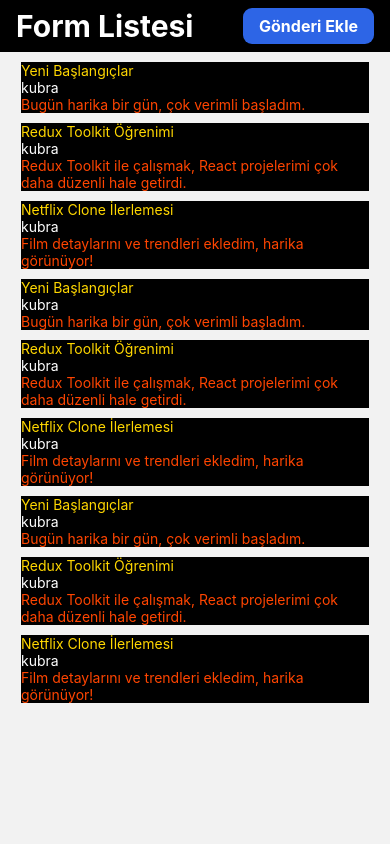
Repository: Kubraaygun/FirebaseRN
Screen: /
The author's editor kept a copy of each file at every save. The screen is drawn from the files as they stood at one save, then again after the next save.
The app was drawn by React Native's web renderer in a window 390 px wide. The project was rebuilt for these pictures with package versions that can differ from the ones it lists, and the page was loaded fresh each time. Requests to the local data server were answered from the project's data file. Also part of the build but not shown: src/screens/AddPost/AddPostView.jsx, src/screens/AddPost/AddPostController.jsx.

Above is the screen before, as saved 2025-01-20 20:33:53.

After the next save:
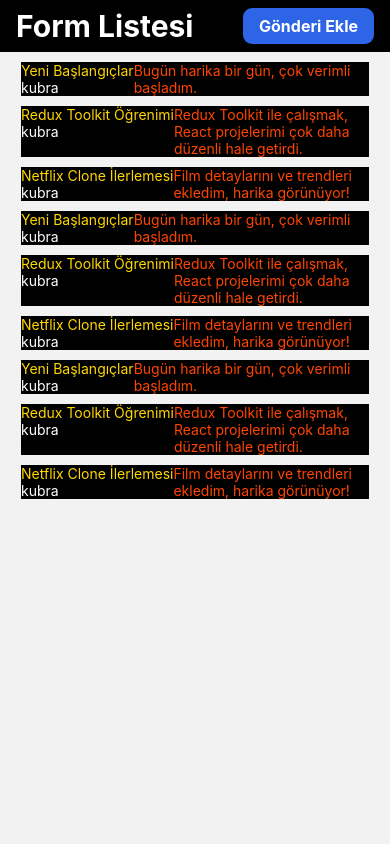
Saved 9 s later.
--- a/src/screens/ListPost/ListPostView.jsx
+++ b/src/screens/ListPost/ListPostView.jsx
@@ -31,6 +31,7 @@ const styles = StyleSheet.create({
   post: {
     backgroundColor: 'black',
     margin: 5,
+    flexDirection: 'row',
   },
   title: {
     color: 'gold',
